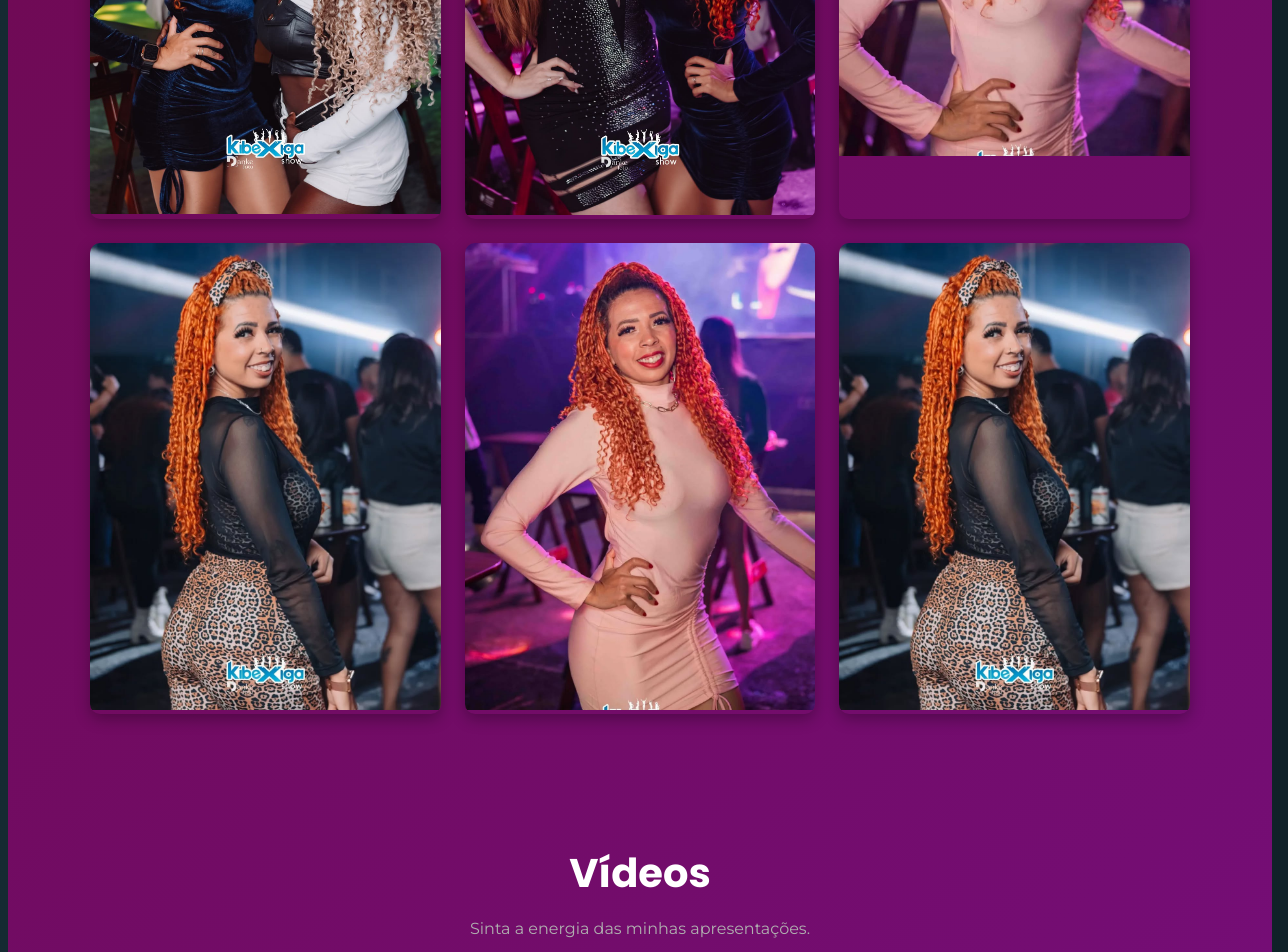
Repository: nardogod/portfolio-mila-machado
Page: /portfolio
These files come from the project's save history. The page is drawn as it stood at one moment and after the next save; the edit follows.
The browser window is 1280 px wide. The page is 1288 px wide, so the pictures cover 1288 px, including what lies to the right of the window. The pictures show the part of the page from y = 1719 to 2671 px (the page is 3785 px tall).
The project was rebuilt for these pictures with package versions that can differ from the ones it lists, and the page was loaded fresh each time. The framework's server and built-in components were replaced by stand-ins that run in the browser.

Above is the page before, as saved 2025-08-19 04:52:50.

After the next save:
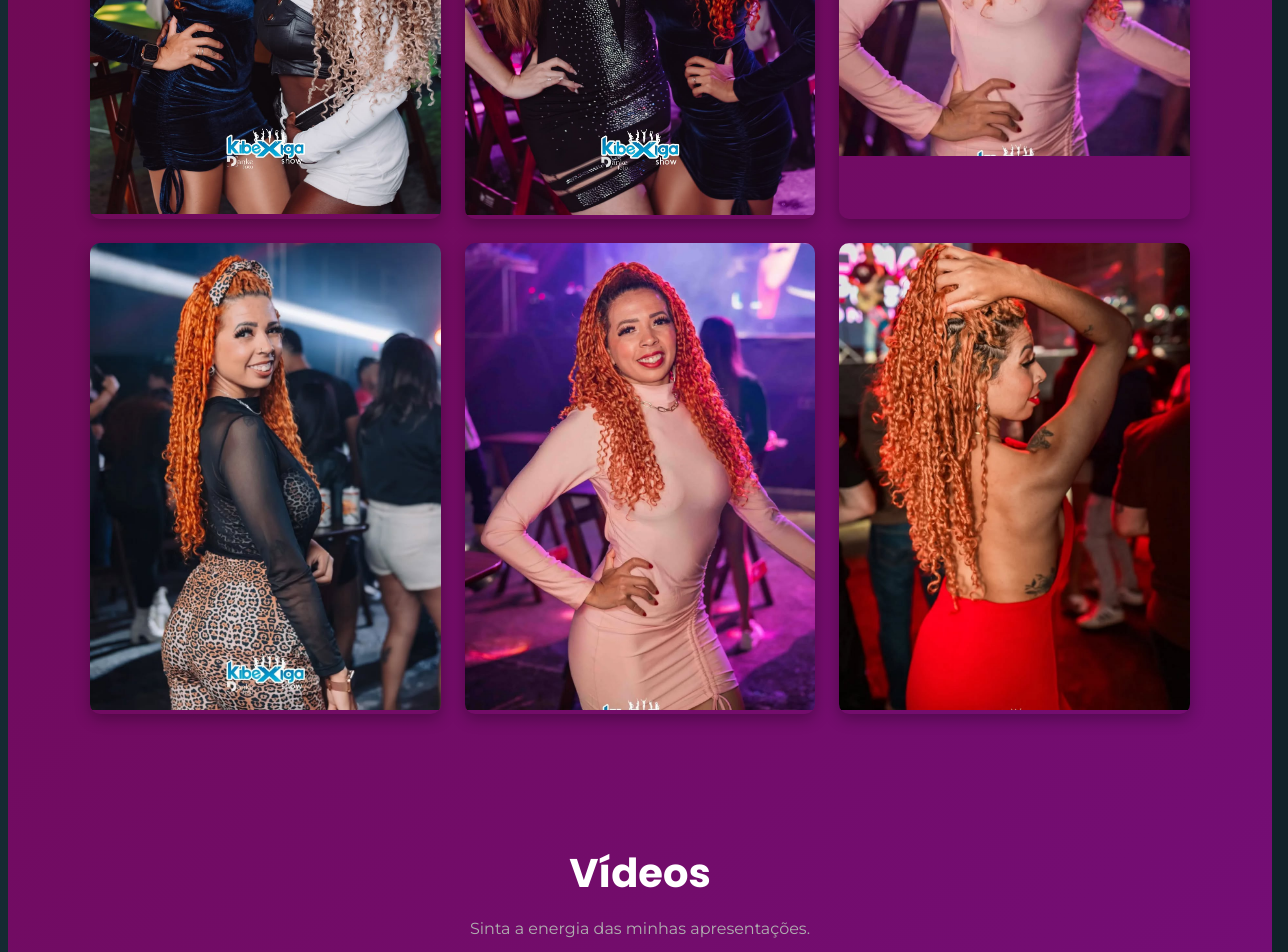
Saved 40 s later.
--- a/pages/portfolio.tsx
+++ b/pages/portfolio.tsx
@@ -56,7 +56,7 @@ const galleryImages = [
   },
   { src: "/images/foto3.jpg", alt: "Mila em outro show de forró" },
   { src: "/images/foto01.jpg", alt: "Mila em outro show de forró" },
-  { src: "/images/foto3.jpg", alt: "Mila em outro show de forró" },
+  { src: "/images/foto03.jpg", alt: "Mila em outro show de forró" },
 ];
 
 const PortfolioPage: NextPage = () => {
